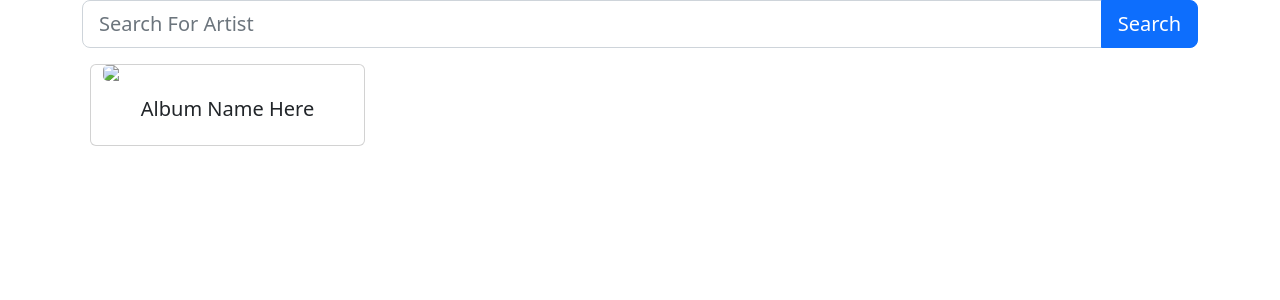
Repository: HarshM0di/my-app
Page: / (app in my-app/)
These files come from the project's save history. The page is drawn as it stood at one moment and after the next save; the edit follows.
The browser window is 1280 px wide. The pictures show the whole page.
The project was rebuilt for these pictures with package versions that can differ from the ones it lists, and the page was loaded fresh each time.

Above is the page before, as saved 2022-08-31 10:41:12.

### my-app/src/App.js
import logo from './logo.svg';
import './App.css';
import 'bootstrap/dist/css/bootstrap.min.css';
import { Container, InputGroup, FormControl, Button, Row, Card } from'react-bootstrap';
import { useState, useEffect} from 'react';

function App() {
  const [searchInput, setSearchInput] = useState("");

  return (
    <div className="App">
      <Container>
        <InputGroup className="mb-3" size="lg">

          <FormControl
           placeholder="Search For Artist"
           type="input"
           onKeyPress={event => {
            if (event.key =="Enter")
               console.log("Pressed enter")


           }}
           onChange={event => setSearchInput(event.target.value)}

          />
          <Button onClick={() => {console.log("Clicked Button")}}>
            Search
          </Button>
        </InputGroup>
      </Container>
      <Container>
        <Row className="mx-2 row row-cols-4">
        <Card>
          <Card.Img src="#" />
          <Card.Body>
            <Card.Title>Album Name Here</Card.Title>
          </Card.Body>
        </Card>
        </Row>
      </Container>
    </div>
  );
}

export default App;

Loaded but not shown: my-app/public/index.html (common file); my-app/src/index.js (common file); my-app/src/index.css (common file); my-app/src/reportWebVitals.js (common file); my-app/src/App.css (common file)

After the next save:
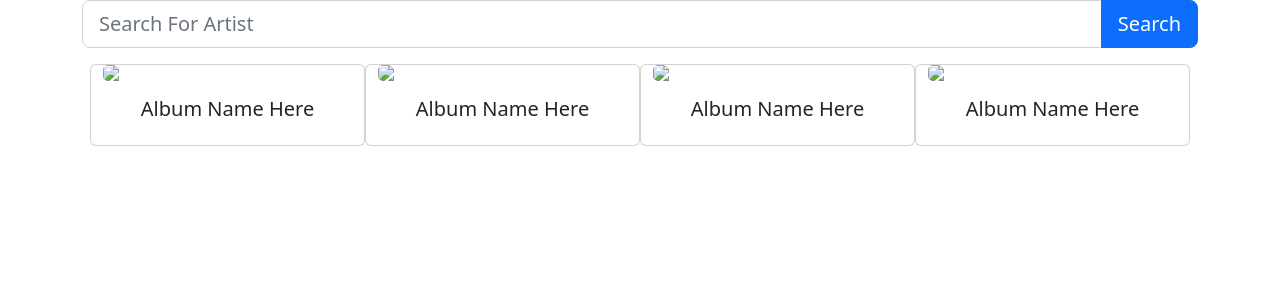
Saved 55 s later.
--- a/my-app/src/App.js
+++ b/my-app/src/App.js
@@ -37,6 +37,24 @@
             <Card.Title>Album Name Here</Card.Title>
           </Card.Body>
         </Card>
+        <Card>
+          <Card.Img src="#" />
+          <Card.Body>
+            <Card.Title>Album Name Here</Card.Title>
+          </Card.Body>
+        </Card>
+        <Card>
+          <Card.Img src="#" />
+          <Card.Body>
+            <Card.Title>Album Name Here</Card.Title>
+          </Card.Body>
+        </Card>
+        <Card>
+          <Card.Img src="#" />
+          <Card.Body>
+            <Card.Title>Album Name Here</Card.Title>
+          </Card.Body>
+        </Card>
         </Row>
       </Container>
     </div>

After the save that followed:
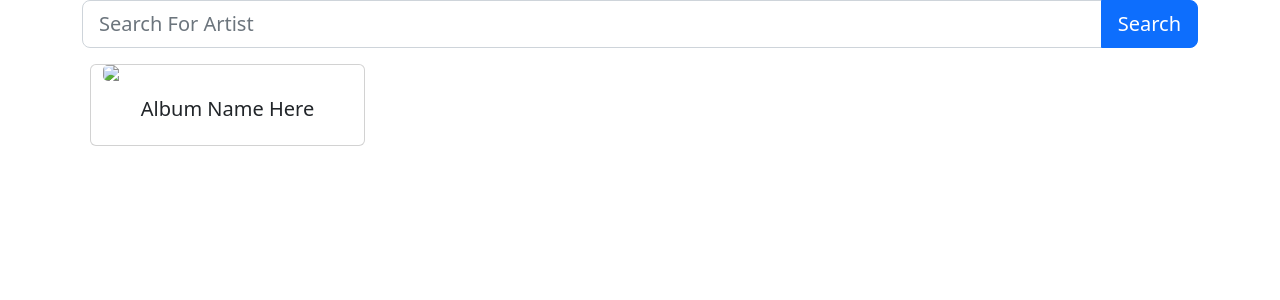
Saved 3 min 1 s later.
--- a/my-app/src/App.js
+++ b/my-app/src/App.js
@@ -37,24 +37,7 @@
             <Card.Title>Album Name Here</Card.Title>
           </Card.Body>
         </Card>
-        <Card>
-          <Card.Img src="#" />
-          <Card.Body>
-            <Card.Title>Album Name Here</Card.Title>
-          </Card.Body>
-        </Card>
-        <Card>
-          <Card.Img src="#" />
-          <Card.Body>
-            <Card.Title>Album Name Here</Card.Title>
-          </Card.Body>
-        </Card>
-        <Card>
-          <Card.Img src="#" />
-          <Card.Body>
-            <Card.Title>Album Name Here</Card.Title>
-          </Card.Body>
-        </Card>
+
         </Row>
       </Container>
     </div>
